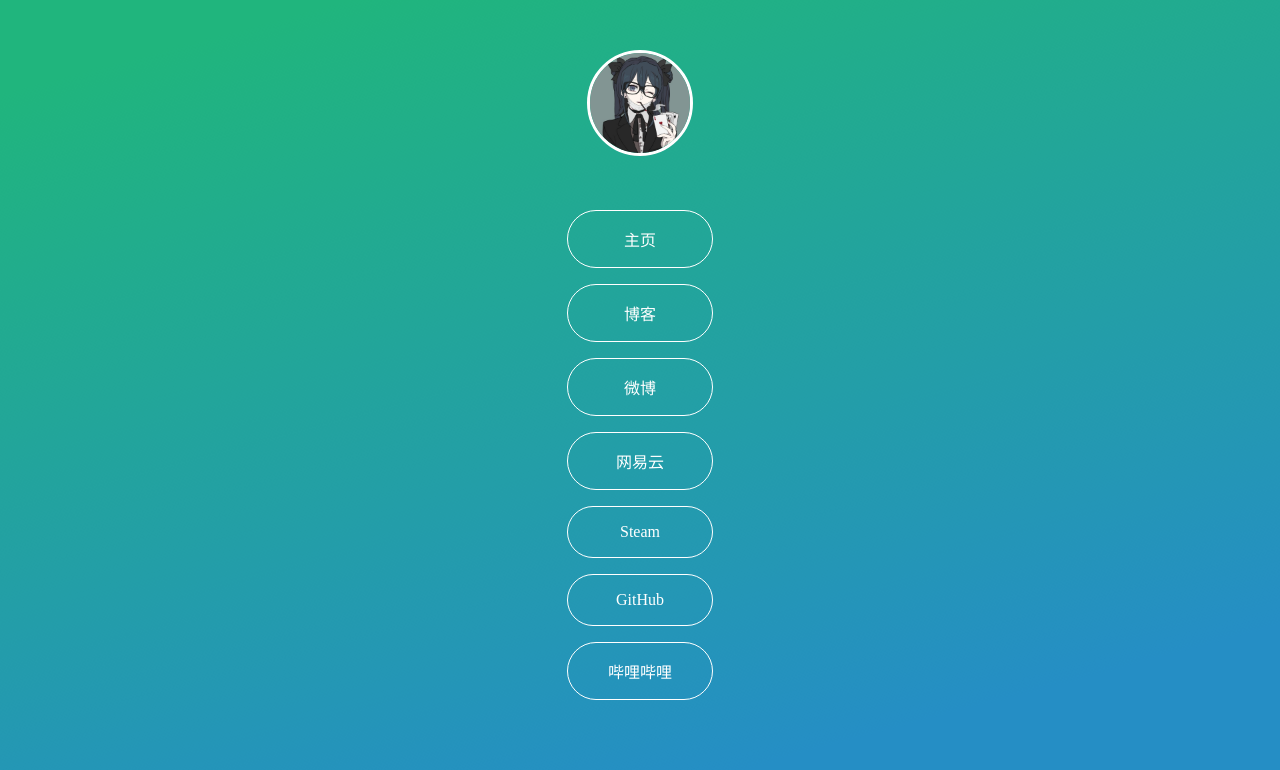
Repository: MarginLon/marginlon.github.io
Page: index.html
An editor plug-in stored every save of this project. The page is shown before and after the next save, followed by the edit.
The browser window is 1280 px wide. The pictures show the whole page.

Above is the page before, as saved 2022-09-24 09:05:24.

After the next save:
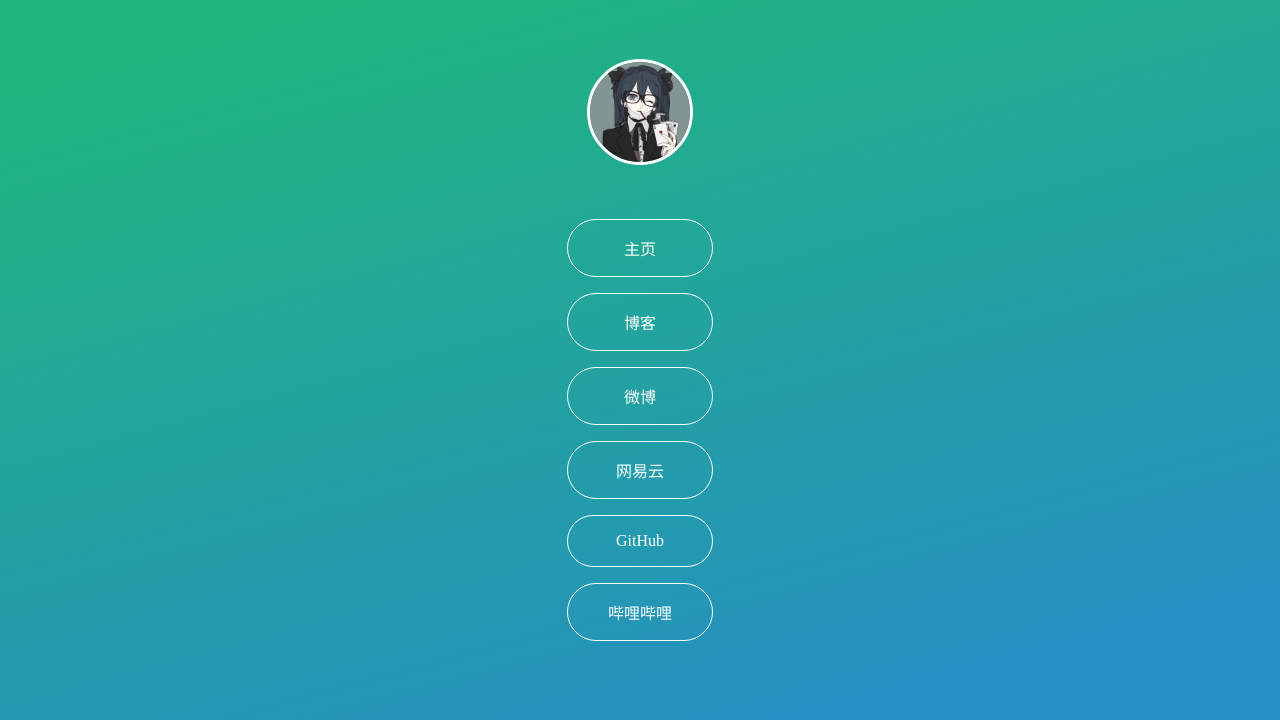
Saved 11 s later.
--- a/index.html
+++ b/index.html
@@ -152,7 +152,7 @@
                 <a href="https://paugram.com">博客</a>
                 <a href="http://weibo.com/234891753/" target="_blank">微博</a>
                 <a href="http://music.163.com/#/user/home?id=7041859" target="_blank">网易云</a>
-                <a href="http://steamcommunity.com/id/dreamer-paul/" target="_blank">Steam</a>
+                <!-- <a href="http://steamcommunity.com/id/dreamer-paul/" target="_blank">Steam</a> -->
                 <a href="https://github.com/dreamer-paul/" target="_blank">GitHub</a>
                 <a href="https://space.bilibili.com/124512959/" target="_blank">哔哩哔哩</a>
             </div>
